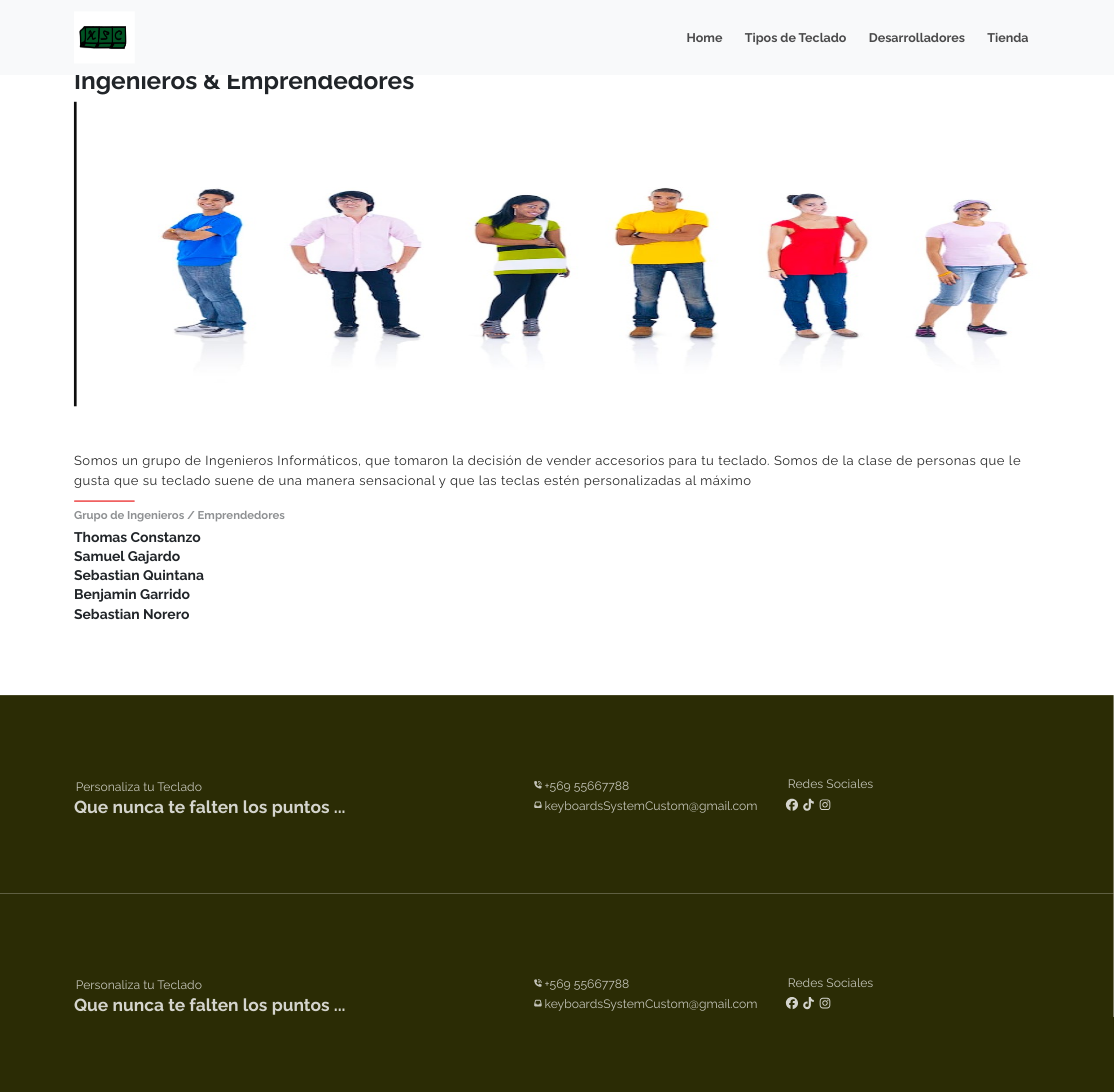
Repository: sebaqqq/customKeyboard
Page: /about
An editor plug-in stored every save of this project. The page is shown before and after the next save, followed by the edit.
The browser window is 1280 px wide. The pictures show the whole page, at 87% of full size.
The project was rebuilt for these pictures with package versions that can differ from the ones it lists, and the page was loaded fresh each time. The framework's server and built-in components were replaced by stand-ins that run in the browser. Also part of the build but not shown: next.config.js.

Above is the page before, as saved 2023-01-26 22:18:29.

### pages/_app.js
import '../styles/globals.css'

function MyApp({ Component, pageProps }) {
    return <Component {...pageProps} />
}

export default MyApp

### pages/about.js
//next
import Image from 'next/image';

//Components
import Layout from '../components/Layout';

//FontAwesomeIcon
import { FontAwesomeIcon } from '@fortawesome/react-fontawesome'
import { library } from '@fortawesome/fontawesome-svg-core';
import { faFacebook, faInstagram, faTiktok } from '@fortawesome/free-brands-svg-icons'
import {
    faPhoneVolume,
    faInbox
} from '@fortawesome/free-solid-svg-icons'

library.add(
    faFacebook,
    faInstagram,
    faTiktok,
    faPhoneVolume,
    faInbox
)
const About = () => {
    return (
        <>
            <Layout
                pagina= "Nosotros"
            >
                <section className="section" id="testmonial">
                    <div className="container">
                        <h6 className="xs-font mb-0">¿Quien Somos?</h6>
                        <h3 className="section-title">Ingenieros & Emprendedores</h3>
                        {/* hay que centrar la imagen de la foto grupal */}
                        <Image
                            src= {'/../public/groupPerson.jpg'}
                            alt="grupo"
                            width={150}
                            height={350}
                            className='card-img-top'
                        />
                        <div id="owl-testmonial" className="owl-carousel owl-theme mt-4">
                            <div className="item">
                                <div className="textmonial-item">
                                    <div className="des">
                                        <h5 className="ti-quote-left font-weight-bold"></h5>
                                        <p>Somos un grupo de Ingenieros Informáticos, que tomaron la decisión de vender accesorios para tu teclado. Somos de la clase de personas que le gusta que su teclado suene de una manera sensacional y que las teclas estén personalizadas al máximo</p>
                                        <h5 className="ti-quote-left text-right font-weight-bold"></h5>
                                        <div className="line"></div>
                                        <h6 className="xs-font">Grupo de Ingenieros / Emprendedores</h6>
                                        <h6 className="name">Thomas Constanzo</h6>
                                        <h6 className="name">Samuel Gajardo</h6>
                                        <h6 className="name">Sebastian Quintana</h6>
                                        <h6 className="name">Benjamin Garrido</h6>
                                        <h6 className="name">Sebastian Norero</h6>
                                    </div>
                                </div>
                            </div>
                        </div>
                    </div>
                </section>

                <section className="section bg-overlay">
                    <div className="container">
                        <div className="infos mb-4 mb-md-2">
                        <div className="title">
                        <h6 className="subtitle font-weight-normal">Personaliza tu Teclado</h6>
                        <h5>Que nunca te falten los puntos ...</h5>
                        </div>
                        <div className="socials">
                            <div className="row justify-content-between">
                                <div className="col">
                                <a className="d-block subtitle"><FontAwesomeIcon icon={faPhoneVolume} style={{width: '3%', margin: 'auto', display: 'inline-block'}}/> +569 55667788</a>
                                <a className="d-block subtitle"><FontAwesomeIcon icon={faInbox} style={{width: '3%', margin: 'auto', display: 'inline-block'}}/> keyboardsSystemCustom@gmail.com</a>
                                </div>
                                <div className="col">
                                    <h6 className="subtitle font-weight-normal mb-1">Redes Sociales</h6>
                                    <div className="social-links">
                                    <a href="#" className="link pr-1"><FontAwesomeIcon icon={faFacebook} style={{width: '5%', margin: 'auto', display: 'inline-block'}}/></a>
                                    <a href="#" className="link pr-1"><FontAwesomeIcon icon={faTiktok} style={{width: '5%', margin: 'auto', display: 'inline-block'}}/></a>
                                    <a href="#" className="link pr-1"><FontAwesomeIcon icon={faInstagram} style={{width: '5%', margin: 'auto', display: 'inline-block'}}/></a>
                                    </div>
                                </div>
                            </div>
                        </div>
                    </div>
                    </div>
                </section>
            </Layout>
        </>
    );
}

export default About;

### components/Layout.js
//next
import Head from "next/head";

//components
import Header from "../components/Header";
import Footer from "../components/Footer";


const Layout = ({children, pagina}) => {
    return (
        <div>
            <Head>
                <title>KSC - {pagina}</title>
                <meta content="width=device-width, initial-scale=1" name="viewport" />
                <meta charSet="utf-8" />
                <meta name="description" content="Keys Keyboard" />
                <meta name="keywords" content="Keys Keyboard" />
                <link rel="icon" type="image/png" sizes="32x32" href="/favicon-32x32.png" />
            </Head>
            <Header />
            {children}
            <Footer />
        </div>
    );
}

export default Layout;

### components/Header.js
//next
import Link from "next/link"
import Image from 'next/image';

//fontawesomeIcon
import { FontAwesomeIcon } from '@fortawesome/react-fontawesome'
import { library } from '@fortawesome/fontawesome-svg-core';
import {
    faBars
} from '@fortawesome/free-solid-svg-icons'

library.add(
    faBars
)

const links = [{
    label: 'Home',
    route: '/',
},{
    label: 'Tipos de Teclado',
    route: '/keyboardAbout'
},{
    label: 'Desarrolladores',
    route: '/about'
},{
    label: 'Tienda',
    route: '/shop'
}]



export default function Navigation () {

    return (
        <>
            <nav id="scrollspyh" className={"navbar navbar-light bg-light navbar-expand-lg fixed-top"} data-spy="affix" data-offset-top="20">
                <div className="container">
                    <Link href="/">
                        <Image
                            src= {'/../public/logo.jpeg'}
                            alt="navbarImage"
                            width={70}
                            height={60}
                            className="brand-img"
                        />
                    </Link>
                    <button
                        className='navbar-toggler'

                        data-toggle="collapse"
                        data-target="#navbarSupportedContent"
                        aria-controls="navbarSupportedContent"
                        aria-expanded="false"
                        aria-label="Toggle navigation"
                        >
                        <FontAwesomeIcon icon={faBars} />

                        <ul className="navbar-nav ml-auto">
                            {links.map(({ label, route }) => (
                                <li key={route} className="nav-item">
                                    <Link href={route} className="nav-link">
                                        {label}
                                    </Link>
                                </li>
                            ))}
                        </ul>

                    </button>
                    <div className="collapse navbar-collapse" id="navbarSupportedContent">
                        <ul className="navbar-nav ml-auto">
                            {links.map(({ label, route }) => (
                                <li key={route} className="nav-item">
                                    <Link href={route} className="nav-link">
                                        {label}
                                    </Link>
                                </li>
                            ))}
                        </ul>
                    </div>
                </div>
            </nav>
        </>
    );
}

### components/Footer.js
//FontAwesomeIcon
import { FontAwesomeIcon } from '@fortawesome/react-fontawesome'
import { library } from '@fortawesome/fontawesome-svg-core';
import { faFacebook, faInstagram, faTiktok } from '@fortawesome/free-brands-svg-icons'
import {
    faPhoneVolume,
    faInbox
} from '@fortawesome/free-solid-svg-icons'

library.add(
    faFacebook,
    faInstagram,
    faTiktok,
    faPhoneVolume,
    faInbox
)

const Footer = () => {
    return (
        <footer>
            <section className="section bg-overlay">
            <div className="container">
                <div className="infos mb-4 mb-md-2">
                    <div className="title">
                        <h6 className="subtitle font-weight-normal">Personaliza tu Teclado</h6>
                        <h5>Que nunca te falten los puntos ...</h5>
                        </div>
                        <div className="socials">
                            <div className="row justify-content-between">
                                <div className="col">
                                <a className="d-block subtitle"><FontAwesomeIcon icon={faPhoneVolume} style={{width: '3%', margin: 'auto', display: 'inline-block'}}/> +569 55667788</a>
                                <a className="d-block subtitle"><FontAwesomeIcon icon={faInbox} style={{width: '3%', margin: 'auto', display: 'inline-block'}}/> keyboardsSystemCustom@gmail.com</a>
                                </div>
                                <div className="col">
                                    <h6 className="subtitle font-weight-normal mb-1">Redes Sociales</h6>
                                    <div className="social-links">
                                        <a href="#" className="link pr-1"><FontAwesomeIcon icon={faFacebook} style={{width: '5%', margin: 'auto', display: 'inline-block'}}/></a>
                                        <a href="#" className="link pr-1"><FontAwesomeIcon icon={faTiktok} style={{width: '5%', margin: 'auto', display: 'inline-block'}}/></a>
                                        <a href="#" className="link pr-1"><FontAwesomeIcon icon={faInstagram} style={{width: '5%', margin: 'auto', display: 'inline-block'}}/></a>
                                    </div>
                                </div>
                            </div>
                        </div>
                    </div>
                </div>
            </section>
        </footer>
    )
}

export default Footer

Loaded but not shown: pages/_document.js (common file); styles/globals.css (library)

After the next save:
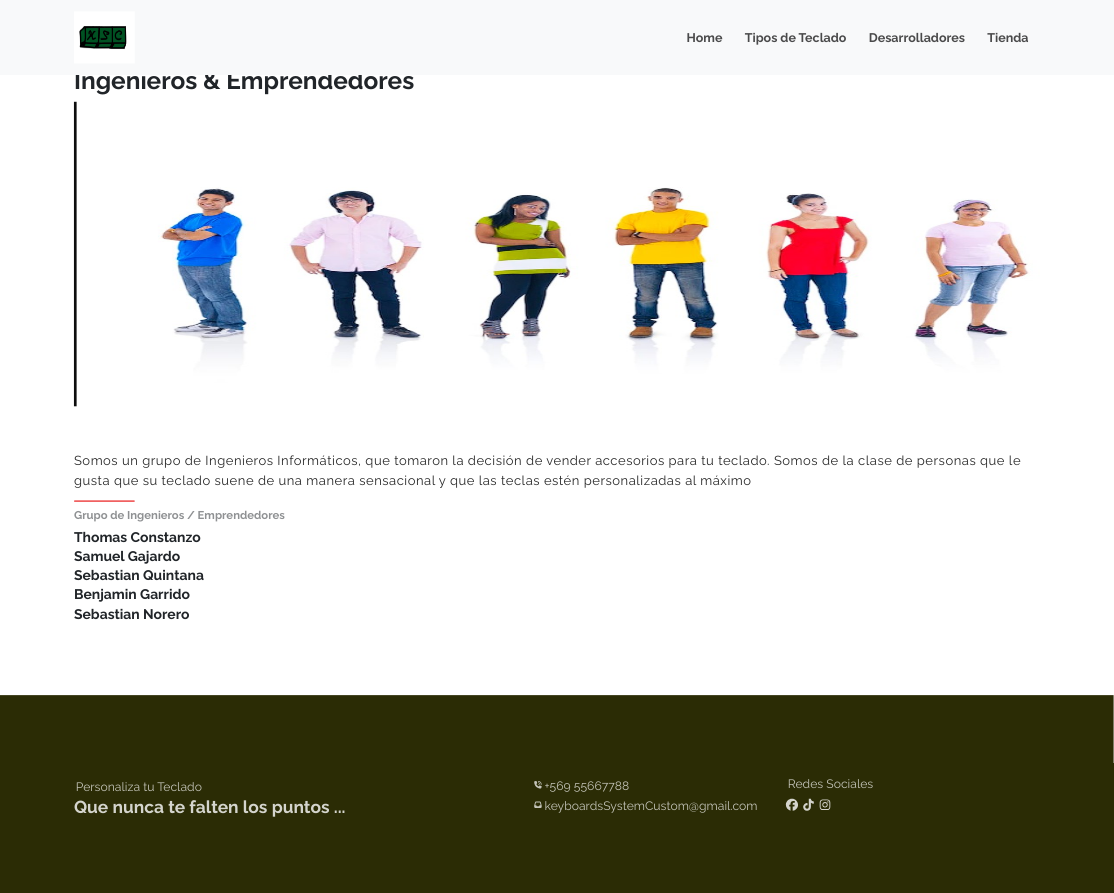
Saved 15 s later.
--- a/pages/about.js
+++ b/pages/about.js
@@ -58,33 +58,6 @@
                         </div>
                     </div>
                 </section>
-
-                <section className="section bg-overlay">
-                    <div className="container">
-                        <div className="infos mb-4 mb-md-2">
-                        <div className="title">
-                        <h6 className="subtitle font-weight-normal">Personaliza tu Teclado</h6>
-                        <h5>Que nunca te falten los puntos ...</h5>
-                        </div>
-                        <div className="socials">
-                            <div className="row justify-content-between">
-                                <div className="col">
-                                <a className="d-block subtitle"><FontAwesomeIcon icon={faPhoneVolume} style={{width: '3%', margin: 'auto', display: 'inline-block'}}/> +569 55667788</a>
-                                <a className="d-block subtitle"><FontAwesomeIcon icon={faInbox} style={{width: '3%', margin: 'auto', display: 'inline-block'}}/> keyboardsSystemCustom@gmail.com</a>
-                                </div>
-                                <div className="col">
-                                    <h6 className="subtitle font-weight-normal mb-1">Redes Sociales</h6>
-                                    <div className="social-links">
-                                    <a href="#" className="link pr-1"><FontAwesomeIcon icon={faFacebook} style={{width: '5%', margin: 'auto', display: 'inline-block'}}/></a>
-                                    <a href="#" className="link pr-1"><FontAwesomeIcon icon={faTiktok} style={{width: '5%', margin: 'auto', display: 'inline-block'}}/></a>
-                                    <a href="#" className="link pr-1"><FontAwesomeIcon icon={faInstagram} style={{width: '5%', margin: 'auto', display: 'inline-block'}}/></a>
-                                    </div>
-                                </div>
-                            </div>
-                        </div>
-                    </div>
-                    </div>
-                </section>
             </Layout>
         </>
     );
